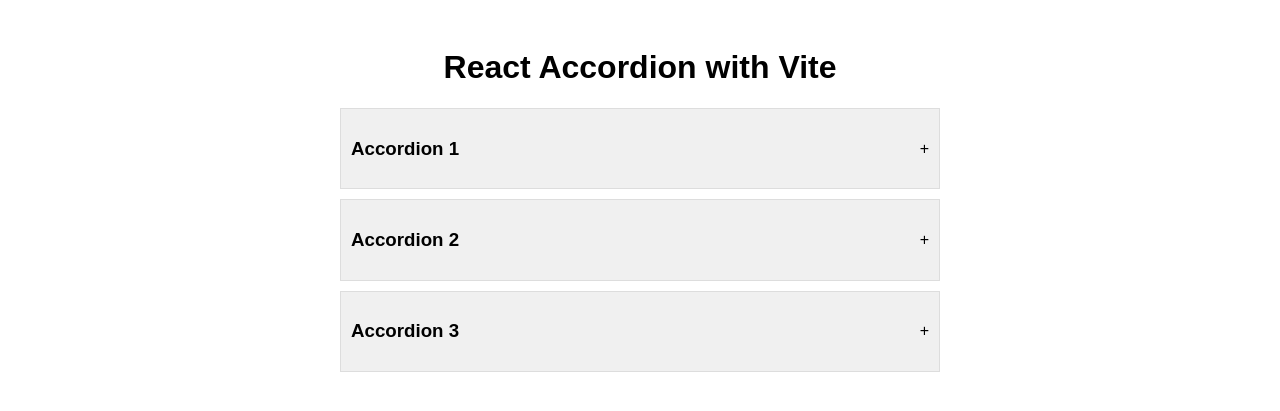
Repository: MelissaJacobi/Frontend-lab-1
Page: /
These files come from the project's save history. The page is drawn as it stood at one moment and after the next save; the edit follows.
The browser window is 1280 px wide. The pictures show the whole page.
The project was rebuilt for these pictures with package versions that can differ from the ones it lists, and the page was loaded fresh each time. Also part of the build but not shown: vite.config.js.

Above is the page before, as saved 2024-09-11 10:55:26.

### index.html
<!doctype html>
<html lang="en">
  <head>
    <meta charset="UTF-8" />
    <link rel="icon" type="image/svg+xml" href="/vite.svg" />
    <meta name="viewport" content="width=device-width, initial-scale=1.0" />
    <title>Vite + React</title>
  </head>
  <body>
    <div id="root">HIIII</div>
    <script type="module" src="/src/main.jsx"></script>
  </body>
</html>

### src/App.jsx
import React from 'react';
import './index.css';
import Accordion from './Components/Accordion';

function App() {
  return (
    <div className="App">
      <h1>React Accordion with Vite</h1>
      <Accordion />
    </div>
  );
}

export default App;

### src/index.css
.App {
  font-family: sans-serif;
  text-align: center;
  padding: 20px;
}

.accordion {
  width: 100%;
  max-width: 600px;
  margin: 0 auto;
}

.accordion-item {
  border: 1px solid #ddd;
  margin-bottom: 10px;
}

.accordion-header {
  padding: 10px;
  cursor: pointer;
  display: flex;
  justify-content: space-between;
  align-items: center;
  background-color: #f0f0f0;
}

.accordion-content {
  padding: 10px;
  background-color: #fff;
}

.accordion-header:hover {
  background-color: #e0e0e0;
}

### src/Components/Accordion.jsx
import React, { useState } from 'react';

const AccordionItem = ({ title, content }) => {
  const [isOpen, setIsOpen] = useState(false);

  const toggleAccordion = () => {
    setIsOpen(!isOpen);
  };

  return (
    <div className="accordion-item">
      <div className="accordion-header" onClick={toggleAccordion}>
        <h3>{title}</h3>
        <span>{isOpen ? '-' : '+'}</span>
      </div>
      {isOpen && (
        <div className="accordion-content">
          {content.map((item, index) => (
            <p key={index}>{item}</p>
          ))}
        </div>
      )}
    </div>
  );
};

const Accordion = () => {
  const accordionData = [
    {
      title: 'Accordion 1',
      content: ['Item 1.1', 'Item 1.2', 'Item 1.3'],
    },
    {
      title: 'Accordion 2',
      content: ['Item 2.1', 'Item 2.2', 'Item 2.3'],
    },
    {
      title: 'Accordion 3',
      content: ['Item 3.1', 'Item 3.2', 'Item 3.3'],
    },
  ];

  return (
    <div className="accordion">
      {accordionData.map((item, index) => (
        <AccordionItem key={index} title={item.title} content={item.content} />
      ))}
    </div>
  );
};

export default Accordion;

Loaded but not shown: src/main.jsx (common file)

After the next save:
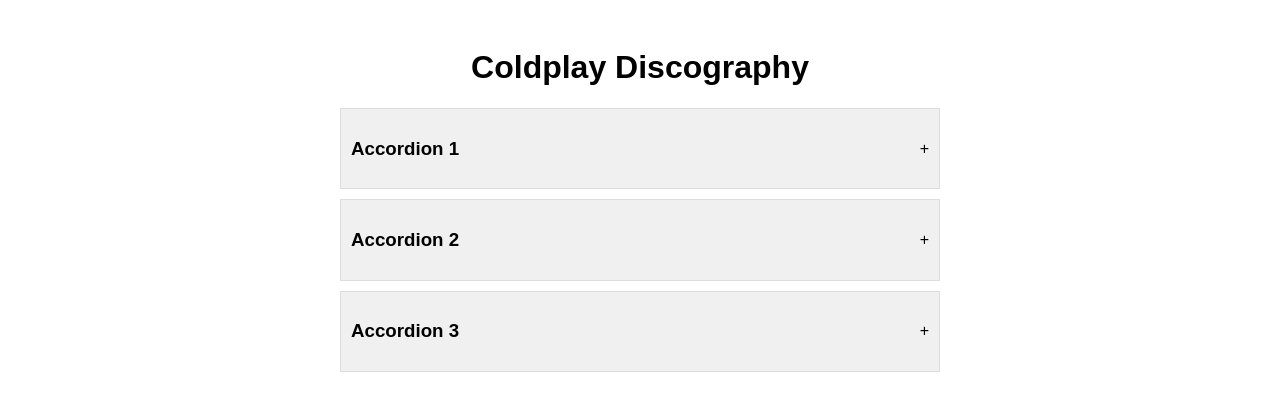
Saved 25 s later.
--- a/src/App.jsx
+++ b/src/App.jsx
@@ -5,7 +5,7 @@
 function App() {
   return (
     <div className="App">
-      <h1>React Accordion with Vite</h1>
+      <h1>Coldplay Discography</h1>
       <Accordion />
     </div>
   );
